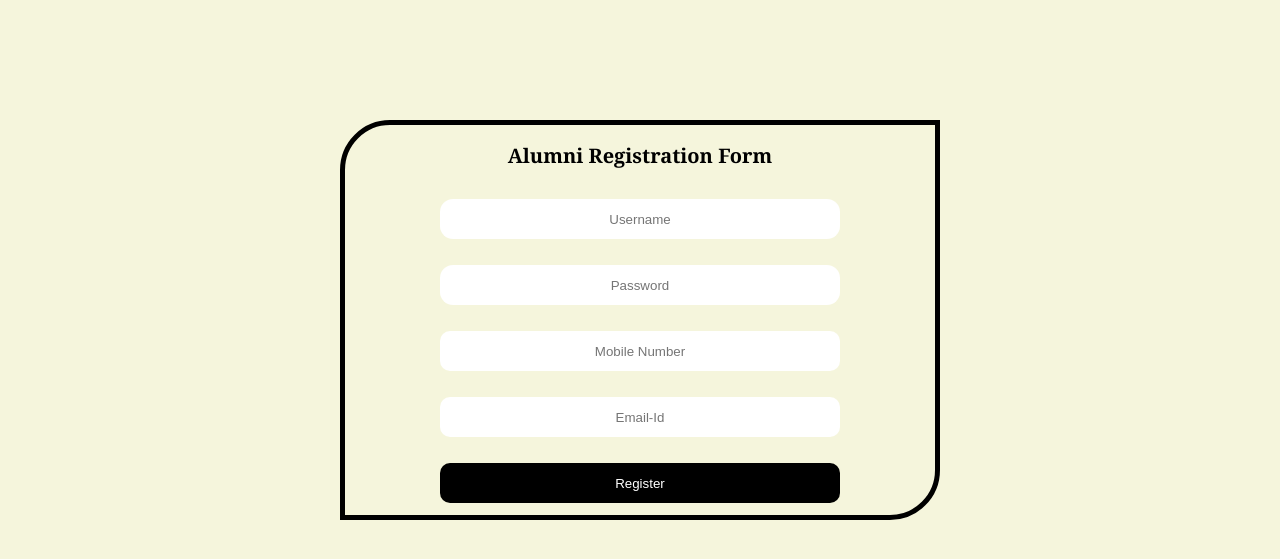
Repository: Shreyash1107/Web_Projects
Page: http://localhost/AlumnieventmanagementApplication/Register.jsp
An editor plug-in stored every save of this project. The page is shown before and after the next save, followed by the edit.
The browser window is 1280 px wide. The pictures show the whole page.
The pointer rests on the first visible `input[type='submit']`.
The page is served by Tomcat 9. Nobody is signed in. The application's start-up code is not run.

Above is the page before, as saved 2024-07-21 07:19:50.

After the next save:
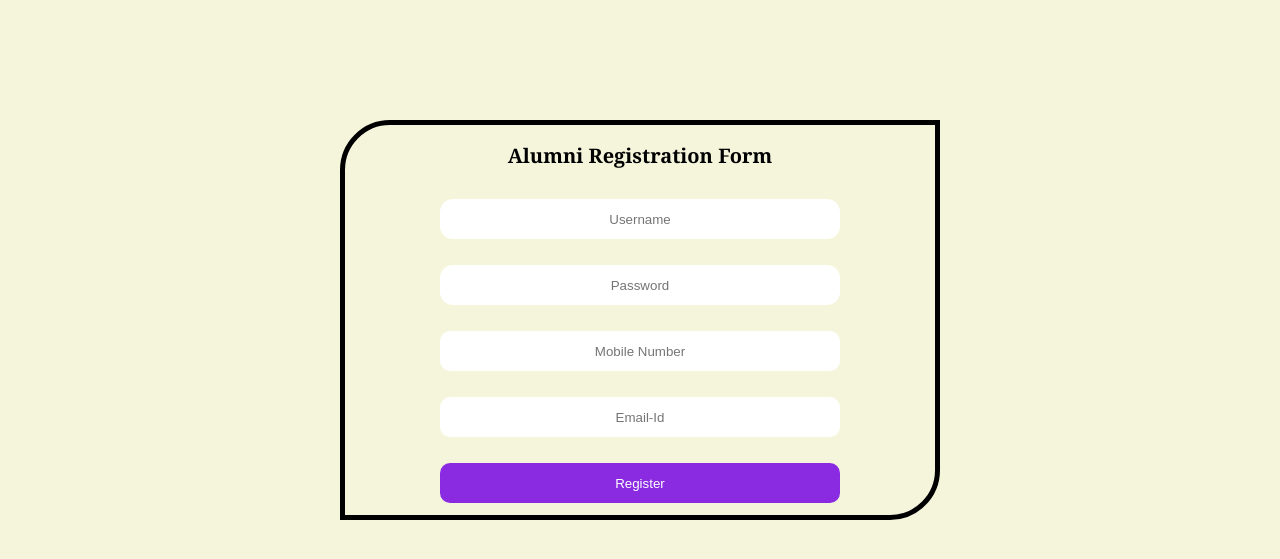
Saved 35 s later.
--- a/AlumnieventmanagementApplication/src/main/webapp/CSS/register.css
+++ b/AlumnieventmanagementApplication/src/main/webapp/CSS/register.css
@@ -76,6 +76,7 @@ input[type='submit']
 input[type='submit']:hover
 {
 	cursor: pointer;
+	background-color:blueviolet;
 }
 input[type='text']::placeholder
 {
